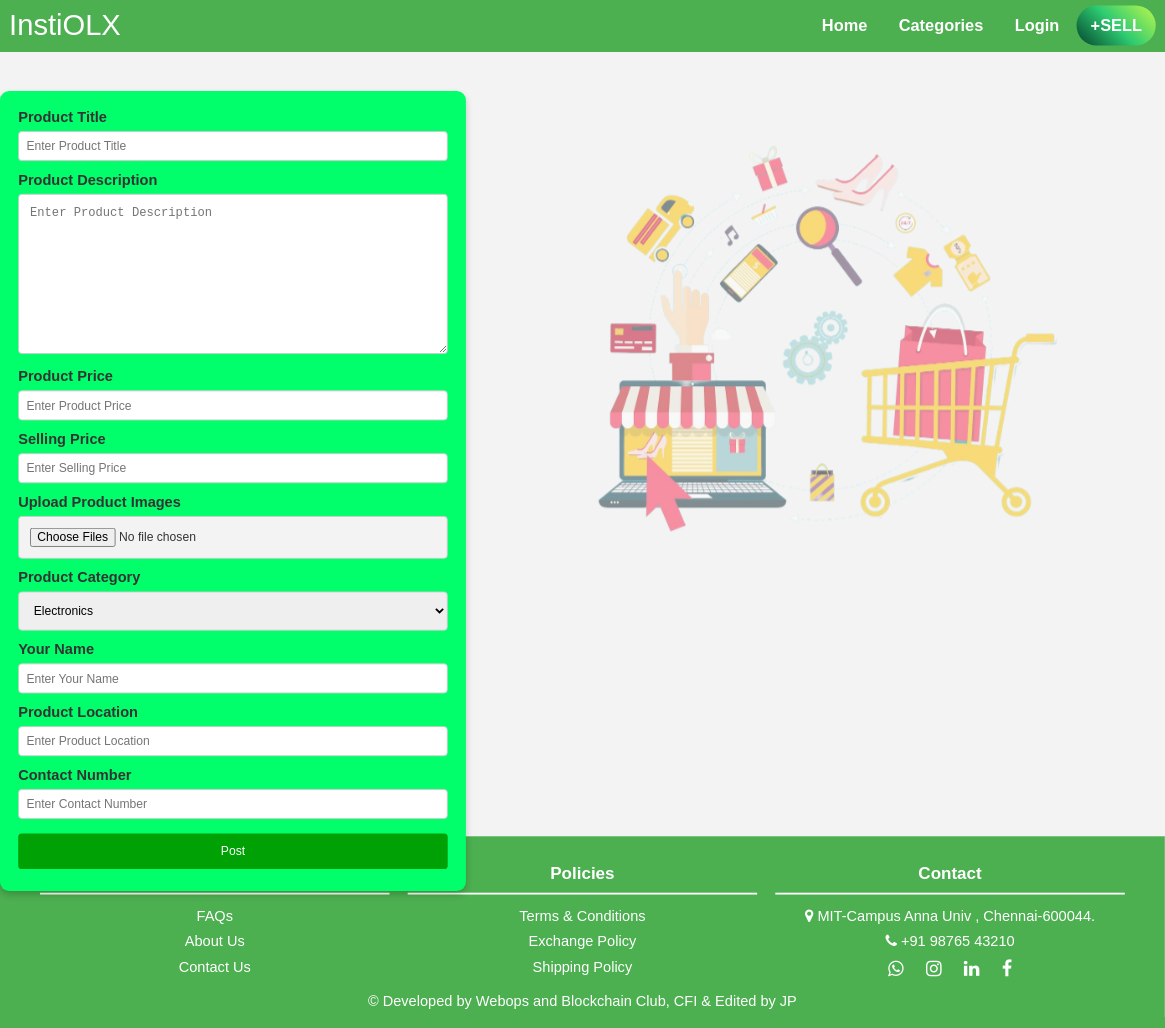
Repository: John-Prabu-A/web-dev-summer-school
Page: Session_1_Assignment/sell.html
An editor plug-in stored every save of this project. The page is shown before and after the next save, followed by the edit.
The browser window is 1280 px wide. The pictures show the whole page, at 91% of full size.

Above is the page before, as saved 2024-06-20 16:19:55.

After the next save:
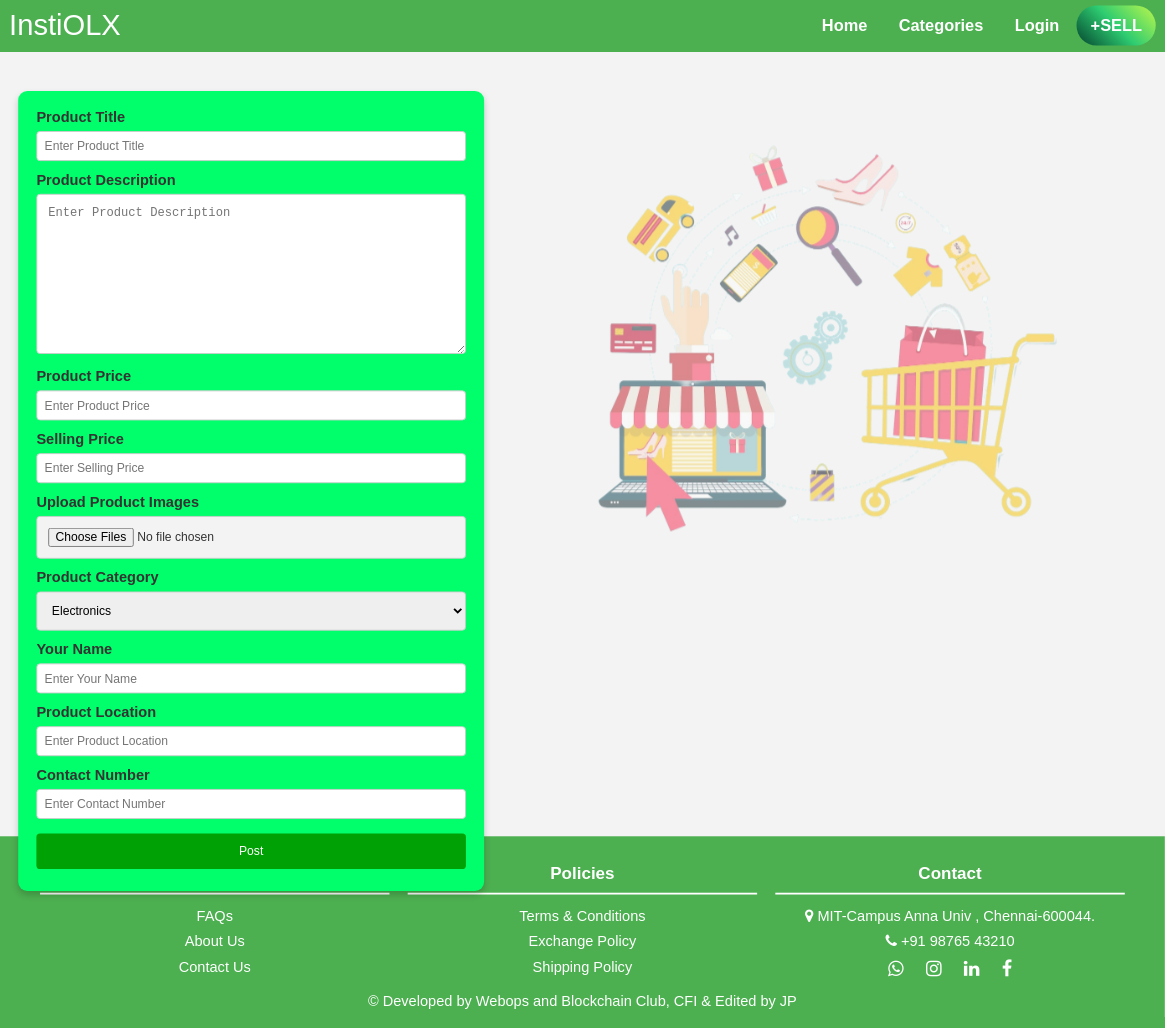
Saved 8 s later.
--- a/Session_1_Assignment/sell-page.css
+++ b/Session_1_Assignment/sell-page.css
@@ -29,6 +29,7 @@
     position: relative;
     top: 100px;
     padding: 16px;
+    margin: 0 20px;
     background-color: #00ff6a;
     padding: 20px;
     width: 40%;

After the 2 saves that followed:
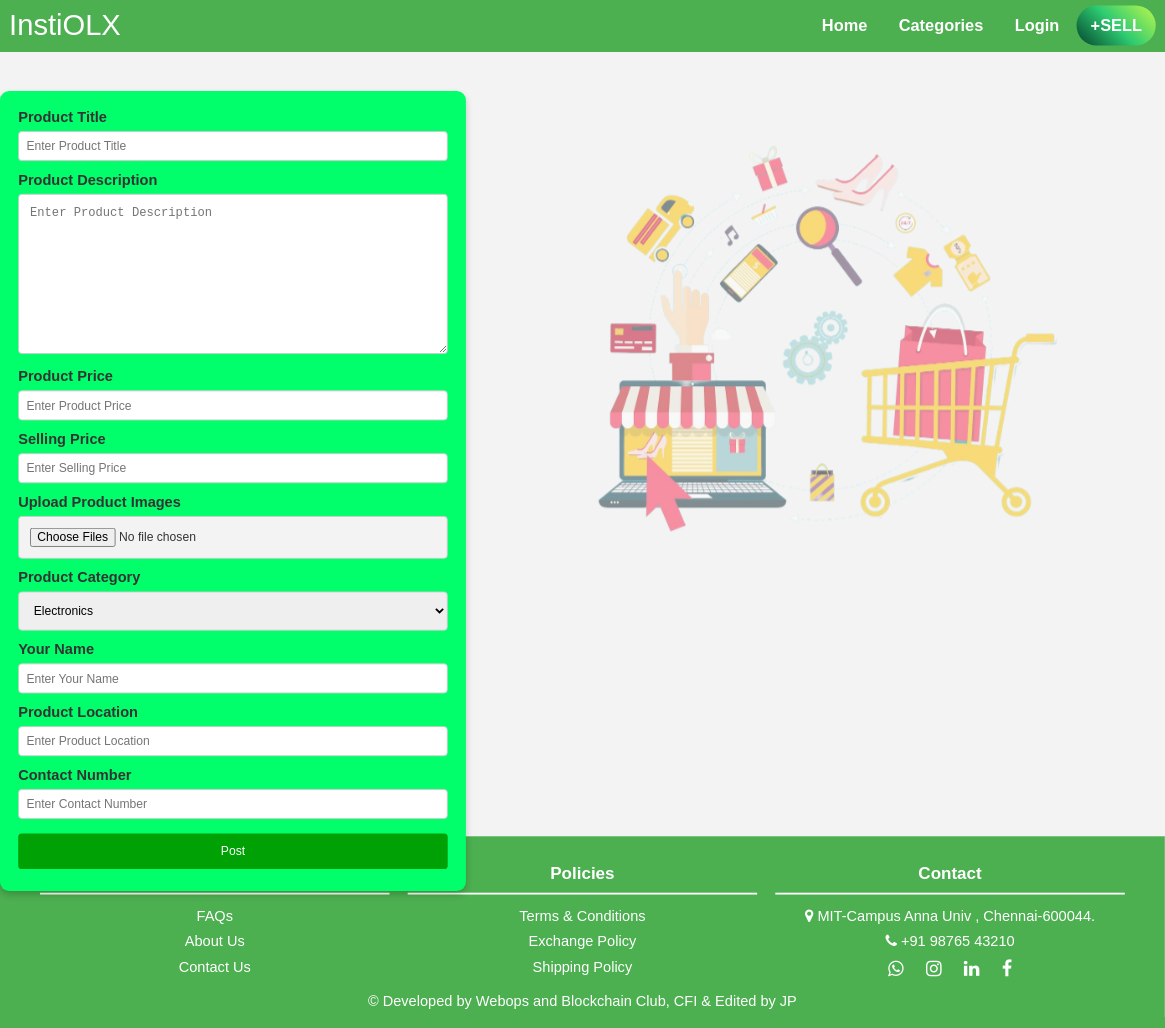
The 2 saves are shown as one change because 1 left the picture as it was.
The last was saved 73 s later.
--- a/Session_1_Assignment/sell-page.css
+++ b/Session_1_Assignment/sell-page.css
@@ -29,7 +29,7 @@
     position: relative;
     top: 100px;
     padding: 16px;
-    margin: 0 20px;
+    margin: 0 20px 20px 0px;
     background-color: #00ff6a;
     padding: 20px;
     width: 40%;
